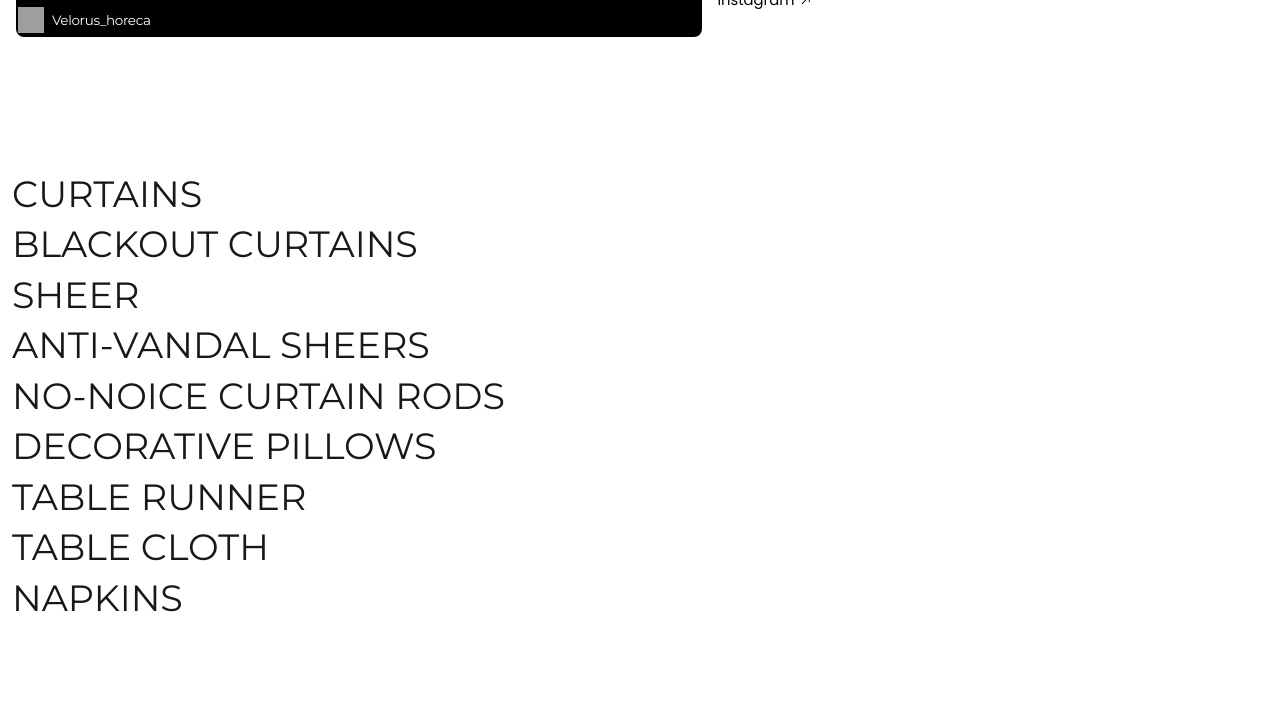
Repository: nikhilsinghrathore1/Shery_02
Page: /
The author's editor kept a copy of each file at every save. The page is drawn from the files as they stood at one save, then again after the next save.
The browser window is 1280 px wide. The pictures show the part of the page from y = 4475 to 5191 px (the page is 9789 px tall).
Pictures or frames that could not be fetched are drawn as grey boxes. The project was rebuilt for these pictures with package versions that can differ from the ones it lists, and the page was loaded fresh each time. Also part of the build but not shown: vite.config.js.

Above is the page before, as saved 2024-07-19 02:37:00.

### src/App.jsx
import { useState } from 'react'
import reactLogo from './assets/react.svg'
import viteLogo from '/vite.svg'
import './App.css'
import Landing from './pages/Landing'

function App() {
  const [count, setCount] = useState(0)

  return (
    <>
      <Landing/>
    </>
  )
}

export default App

### src/App.css
@font-face {
  font-family: font1;
  src: url("../public/6624dc4c3f39ffabcd0dc162_Montserrat-VariableFont_wght.ttf");
}
@font-face {
  font-family: font2;
  src: url("../public/CircularXXWeb-Book\ \(1\).ttf");
}
@font-face {
  font-family: font3;
  src: url("../public/JTUQjIg1_i6t8kCHKm459WxRyS7m0dR9pA.ttf");
}
@font-face {
  font-family: font4;
  src: url("../public/JTUSjIg1_i6t8kCHKm459WlhyyTh89Y.ttf");
}
@font-face {
  font-family: font5;
  src: url("../public/pxiEyp8kv8JHgFVrJJfecnFHGPc.ttf");
}

.f1{
  font-family: font1;
}
.f2{
  font-family: font2;
}
.f3{
  font-family: font3;
}
.f4{
  font-family: font4;
}
.f5{
  font-family: font5;
}

### src/pages/Landing.jsx
import React from 'react'
import MoreInsta from '../components/MoreInsta'
import Nav from '../components/Nav'
import SingleHero from '../components/SingleHero'
import VideoCont from '../components/VideoCont'
import LineText from '../components/LineText';
import IncText from '../components/IncText';
import ThirdSection from '../components/ThirdSection';
import MovingImage from '../components/MovingImage'
import Footer from '../components/Footer'
// document that tell how a software is supposed to perform need of software engneering modularity-dividing it into chunks for testing and developing independently integrating the core changes continously and deploying them into production enviroment design pattern for solving matrix problem in software design various templates are provided software as a product to deliver computing potential accross network of hardware vehical for delivering the product encapsulation , abstraction adaptability software alows different system contraints by making changes in the software for customer satisfaction rapid delivary differenece btw/ program - product program is a set of instruction in order to achieve a specific taskk product - set of programs software products is defined as set of programs with proper documentation and license program is smaller is size because it is one of the stage involved in software development software product folows a lifecycle which involves feasibility studying so it is larger in size program can be created by a single user products are developed by a team of many people progam lacks documentation , product is well documented

let Dtext=[["curtains","blackout curtains", "sheer","anti-vandal sheers" ,"no-noice curtain rods" , "decorative pillows","table runner" , "table cloth","napkins"],["curtains","sheers","tablecloths" , "napkins" ,"wooden blinds" ,"sunshades"]]

const Landing = () => {
  return (
    <div className='w-full overflow-hidden'>
               {/* this is the first image gallery part */}
               <div className='w-full h-[400vh] relative '>
               <Nav/>
               <SingleHero img={"https://cdn.prod.website-files.com/6613fb0aff6a7761bf9a817d/66267f01781250e3c4f8ed19_hero-01-p-1080.webp"} text={"hotel"}/>
               <SingleHero img={"https://cdn.prod.website-files.com/6613fb0aff6a7761bf9a817d/66267f00e43626f944ce0076_hero-02-p-1080.webp"} text={"restaurant"}/>
               <SingleHero img={"https://cdn.prod.website-files.com/6613fb0aff6a7761bf9a817d/66267f011d36d94902bbbcd3_hero-03-p-1080.webp"} text={"catering"}/>
               <SingleHero img={"https://cdn.prod.website-files.com/6613fb0aff6a7761bf9a817d/66267f0015a49ebd0cb05e50_hero-04-p-1080.webp"} text={"+automative"}/>
               </div>

               {/* this is the second text wala part  */}

               <div className='w-full  h-[120vh] sm:h-[99vh] px-4 pt-32 sm:pt-24 leading-[42px]'>
                              {/* this is the variable weight text */}
                              <div className='w-full f4 text-[32px] font-semibold text-black uppercase h-fit'>
                                             <p><span className='pl-44'>full</span> responsibility from project to implementation.</p>
                              </div>

                              <div className='f4 text-[13px] sm:text-[14px] md:text-[14.5px] font-semibold mt-10 leading-none'>
                                             <p>More about us</p>
                                             <p className='mt-3 leading-[16px] sm:leading-[18px] sm:text-[13px] md:text-[14px] md:leading-[20px] font-semibold'>The textile production Velours HoReCa was founded in Lviv in 2005. <span className='opacity-60'>Our activity is focused on professionally outfitting the interiors of hotels, restaurants, cafes, and bars with textile products.</span></p>
                              </div>

                              <div className='w-full flex h-[50vh]  mt-12  '>
                                             <div className='w-1/2 h-full flex justify-end pt-3'>
                                                            <VideoCont/>
                                             </div>
                                             <div className='w-1/2 h-full flex flex-col justify-between pl-3 pb-16 sm:pb-28 md:pb-[120px] f5 font-light'>

                                                            <div className='w-full leading-[17px] md:leading-[18px]  text-[13px] md:text-[13.5px]'>
                                                                           <p>With extensive experience in the Horeca sector - 18 years </p>
                                                                           <p className='opacity-70'>[as of 2024]</p>

                                                                           <div className='border-y-[1px] border-black/20 py-1 mt-3'>
                                                                                          <p>We offer both warranty and post-warranty servicing.</p>
                                                                           </div>
                                                            </div>

                                                            <div className='f4 pl-2'>
                                                                           <MoreInsta/>
                                                            </div>



                                             </div>
                              </div>
               </div>

          <ThirdSection/>

                {/* this is the 3d text area */}
                <div className='w-full pt-8 sm:pt-5 md:pt-0 flex h-[100vh] sm:h-[83vh] md:h-[77vh]'>
               <div className='w-[80%]  uppercase leading-none f1 text-[34px] sm:text-[35.5px] md:text-[36.5px] pl-3 opacity-90 tracking  h-full '>

                              {Dtext[0].map((e,i)=>( <h1 key={i} className='mt-[14px]'>{e}</h1>))}

               </div>
         </div>

            {/* this is the automative section */}
            {/*  this is a very big section literaly gand phat gayi or maybe mujhe neend aarahi thi isliye but almost hogaya*/}
            <div className='w-full h-[200vh] sm:h-[160vh] px-4 '>
              {/* this is the video section */}
                      <div className='w-full h-[34vh] overflow-hidden rounded-lg'>
                            <video autoPlay muted loop className='w-full h-full object-cover' src="https://cdn.prod.website-files.com/6613fb0aff6a7761bf9a817d%2F6649e6d401492fd39ce57892_IMG_1559-transcode.webm"></video>
                      </div>
              {/* this is the main text area */}
                      <div className='w-[80%] f1 uppercase text-[28px] sm:text-[30px] leading-[31px] sm:leading-[33px] mt-5'>
                          <h1>automated textile management</h1>
                      </div>

              {/* this is the paragraph area */}
                      <div>
                          <p className='leading-[16px]  mt-8 text-[12px] sm:text-[13px] sm:leading-[17px] f5'>Creating comfort and efficiency: <span className='opacity-60'>automated control of blinds, curtains, and sheers opens up new possibilities for hotels and restaurants striving to create a unique atmosphere for their guests. </span> This technology allows easy control of lighting and privacy, ensuring comfortable conditions throughout the day.</p>
                          <p className='leading-[16px]  mt-6 text-[12px] sm:text-[13px] sm:leading-[17px] f5'><span className='opacity-60'>Programming for efficiency: automated control allows</span> scheduling the opening and closing of textile products according to sleep schedules. <span className='opacity-60'>This ensures optimal energy usage and saves time and effort for staff, allowing them to focus on providing high-quality service to their guests.</span></p>
                      </div>

                      <div className='w-full h-[63vh] relative'>
                        {/* this is the black bg images of remote kinda thingy could be viberator if you have imagination or need  */}
                          <div className='w-[35%] absolute flex items-center justify-center top-10 right-8 sm:right-6 sm:top-8 h-[45%] bg-black rounded-lg'>
                            <img className='w-[90%] h-[90%] object-contain' src="https://cdn.prod.website-files.com/6613fb0aff6a7761bf9a817d/662b5a9bf1e1110165fff749_pult.webp" alt="not showing" />
                          </div>

                          {/* this is the video cont section  */}
                          <div className='w-[52%] h-[85%] absolute top-[215px] left-0'>
                              <VideoCont/>
                          </div>

                          <div className='absolute -bottom-20 sm:-bottom-4 right-[60px] '>
                          <MoreInsta/>
                          </div>
                      </div>
                          <div className='mt-24  h-[50vh] w-full pt-8 sm:pt-0 '>
                                   <LineText text={"Lighting control through blinds"}/>
                                   <LineText text={"Scheduling the opening/closing of curtains"}/>
                                   <LineText text={"Programmed opening of sheers for privacy"}/>
                                   <LineText text={"Data collection on energy consumption"}/>
                                   <LineText text={"Integration with smart home systems"}/>
                          </div>
            </div>



            <IncText/>

            <ThirdSection/>

            <div className='w-full pt-8 sm:pt-0 flex h-[60vh] sm:h-[48vh]'>
               <div className='w-[80%]  uppercase leading-none f1 text-[34px] sm:text-[35.5px] pl-3 opacity-90 tracking  h-full '>

                              {Dtext[1].map((e,i)=>( <h1 key={i} className='mt-[14px]'>{e}</h1>))}

               </div>
         </div>


           <MovingImage/>

           <Footer/>






    </div>
  )
}

export default Landing

### src/components/MoreInsta.jsx
import React from 'react'
import { GoArrowUpRight } from "react-icons/go";

const MoreInsta = () => {
  return (
    <div className=' leading-[16px] md:leading-[18px] text-[13px] md:text-[14.8px] text-black f5 font-light'>
               <p>More in Ours</p>
               <p className='flex items-center gap-1'>instagram <span><GoArrowUpRight/></span></p>
    </div>
  )
}

export default MoreInsta

### src/components/Nav.jsx
import React from 'react'

const Nav = () => {
  return (
    <div className='w-full h-[100vh]  fixed text-white flex flex-col justify-between z-40 top-0'>
        <div className=' flex items-center justify-center pt-7'>

               <div className='flex  flex-col items-center justify-center sm:leading-[22px] md:leading-[25px] leading-[18px]'>
                              <h1 className='text-[24px] sm:text-[30px] md:text-[33px] f1'>Velorus</h1>
                              <h2 className='text-[10px] sm:text-[14px] md:text-[15px] f1 '>HoReCa</h2>
               </div>
        </div>

        {/* this is the menu bar kinda thingy */}
        <div className='w-full h-[10vh]  px-3  '>

          <div className='w-full h-[65%] bg-black rounded-md flex justify-between px-[2px]'>
            <div className='w-[18%] h-full bg-white flex items-center justify-center overflow-hidden rounded-md'>
              <img className='w-[90%] h-[90%] object-cover' src="https://cdn.prod.website-files.com/6613fb0aff6a7761bf9a817d/6624b9bbba2e8daa37ae2e54_download-img-02.webp" alt="not showing" />
            </div>

            <div className='w-[57%] h-full text-[13px] sm:text-[14px] md:text-[15px] text-white leading-[16px] f2 flex items-center justify-center'>
              <p>Download our Brochour on services in the HoReCa industry</p>
            </div>


            <div className='w-[15%] h-full bg-white flex items-center justify-center overflow-hidden rounded-md'>
              <img className='w-[80%] h-[80%] object-cover' src="https://cdn.prod.website-files.com/6613fb0aff6a7761bf9a817d/6624bdfbd80898e1c3060de1_download-icon.webp" alt="not showing" />
            </div>
          </div>





        </div>

    </div>
  )
}

export default Nav

### src/components/SingleHero.jsx
import React from 'react'

const SingleHero = ({img , text}) => {
  return (
    <div className='w-full h-[100vh] relative'>
               <div className='absolute bg-black/10 flex items-center justify-center w-full h-full top-0'>
                              <h1 className='uppercase text-[44px] md:text-[50px] f4 font-bold tracking-wider text-white'>{text}</h1>
               </div>
               <img className='w-full h-full object-cover' src={img} alt="not showing" />
    </div>
  )
}

export default SingleHero

### src/components/VideoCont.jsx
import React from 'react'

const VideoCont = () => {
  return (
    <div className='w-[98%] h-[80%] sm:h-[73%] sm:w-full bg-black rounded-lg pt-[3px] px-[2px] '>
               <div className='w-full h-[87%]  overflow-hidden rounded-lg'>
                              <video autoPlay muted loop className='w-full h-full object-cover' src="https://s3.amazonaws.com/webflow-prod-assets/6613fb0aff6a7761bf9a817d/663bcfe77765a0f1702b036f_insta-3.mp4"></video>
               </div>
               <div className='w-full text-white text-[12px] sm:text-[13.5px] tracking-tight f1 h-[13%] pt-1 flex items-center pb-[2px] gap-2'>
                              <img className='w-[24px] h-[24px] sm:w-[26px] sm:h-[26px] object-cover' src="https://cdn.prod.website-files.com/6613fb0aff6a7761bf9a817d/663bcbd3012e5e6821be914c_logo-horeca.png" alt="not showing" />
                              <p>Velorus_horeca</p>
               </div>
    </div>
  )
}

export default VideoCont

### src/components/LineText.jsx
import React from 'react'

const LineText = ({text}) => {
  return (
               <div className='p-[7px] border-dashed border-b-[1px] text-[13px] sm:text-[13.8px] f1 border-black/30'>
               <p>{text}</p>
               </div>
  )
}

export default LineText

### src/components/IncText.jsx
import React, { useState } from 'react'

const IncText = () => {
               const [num, setnum] = useState(0)
  return (
    <div className='w-full px-1  pt-28 flex h-[80vh] sm:h-[100vh]'>
               <div className='w-[60%] h-full flex items-center justify-center text-[21rem] font-light f1'>{num}</div>

               <div className=' w-[40%] leading-[18px] f1 pt-28 flex flex-col items-start justify-center '>
                              <p className='text-[16px]' >Warranty service</p>
                              <p className='text-[12.5px]' >from 3 years to 6 years</p>
               </div>

    </div>
  )
}

export default IncText

### src/components/ThirdSection.jsx
import React from 'react'
import MoreInsta from './MoreInsta'
import VideoCont from './VideoCont'
import { GoArrowRight } from "react-icons/go";
import { GoArrowLeft } from "react-icons/go";

const ThirdSection = () => {
  return (
               <div className='w-full h-[160vh] sm:h-[145vh] px-4 pt-12'>
               <div className='  text-[30px] md:text-[32px] tracking-tight w-full leading-[35px] md:leading-[37px] f1  '>
                                             <p className='w-[80%] uppercase opacity-90 tracking-tight'>ideal textile for a cozy hotel ambiance</p>

                                             <div className='w-full flex h-[53vh] mt-8'>
                                                            <div className='w-[30%] flex items-end  gap-2 h-full'>
                                                                                          <div className='w-9 h-9 border-black/50 rounded flex items-center text-xl justify-center border-[1px]'><GoArrowLeft/></div>
                                                                                          <div className='w-9 h-9 border-black/50 rounded flex items-center text-xl justify-center border-[1px]'><GoArrowRight/></div>
                                                            </div>
                                                            <div className='w-[79%] h-full rounded-lg overflow-hidden'>
                                                                           <img className='w-full h-full rounded-lg ' src="https://cdn.prod.website-files.com/6613fb0aff6a7761bf9a817d/662a45b943d2e1892a8fff8e_slider-01-04-p-800.webp" alt="not showing" />
                                                            </div>
                                             </div>

                                             <p className='text-[12.5px] leading-[16px] sm:text-[13px] md:text-[14px] sm:leading-[17px] md:leading-[18px] f5 font- tracking-wide mt-10 opacity-90'>Create an atmosphere of comfort and coziness <span className='opacity-50'> in your hotel with our diverse range of high-quality textiles.</span>Our assortment includes curtains, sheers, decorative pillows, bed runners, and much more to meet all your room décor needs.</p>
                              </div>


                              <div className='w-full flex h-[60vh] sm:h-[55vh]  mt-14'>
                                             <div className='w-[55%] h-full '>
                                                            <VideoCont/>
                                             </div>
                                             <div className='w-[45%] h-full pb-20 sm:pb-[135px] pl-3 sm:pl-[15px] flex items-end '>
                                                            <MoreInsta/>
                                             </div>
                              </div>
               </div>
  )
}

export default ThirdSection

### src/components/MovingImage.jsx
import React from 'react'

const MovingImage = () => {
  return (
               <div className='w-full mt-10 px-3 h-[100vh] sm:h-[80vh] border-b-[1px] border-black/40 relative overflow-hidden '>
               <div className='w-[40%] h-[33%] rounded-lg overflow-hidden absolute z-10  top-0 right-3 bg-black'>
                 <img className='w-full h-full object-cover' src="https://cdn.prod.website-files.com/6613fb0aff6a7761bf9a817d/662d1ba1a5fd67fafdc76bf5_works-12.webp" alt="not showing" />
               </div>
               <h1 className='text-[13px] f1 font-light opacity-90 '>They have chosen us</h1>

               <div className='w-full h-[80vh] mt-7 text-[30px] f1 tracking-tighter uppercase leading-[37px]'>
                 <h1>apartel</h1>
                 <h1 className='opacity-60'>bank hotel</h1>
                 <h1 className='opacity-60'>grand hotel</h1>
                 <h1 className='opacity-60'>glibivka family</h1>
                 <h1 className='opacity-60'>rafael hotel</h1>
                 <h1 className='opacity-60'>panaroma hotel</h1>
                 <h1 className='opacity-60'>lh hotel & spa</h1>
                 <h1 className='opacity-60'>status hotel</h1>
                 <h1 className='opacity-60'>bukovel</h1>
                 <h1 className='opacity-60'>swiss hotel</h1>
                 <h1 className='opacity-60'>eurohotel hotel</h1>
                 <h1 className='opacity-60'>svityaz resort</h1>
                 <h1 className='opacity-60'>kyivska rus</h1>
                 <h1 className='opacity-60'>play karpaty</h1>
               </div>


               </div>
  )
}

export default MovingImage

### src/components/Footer.jsx
import React from 'react'
import { GoArrowUp } from "react-icons/go";

const Footer = () => {
  return (
    <div className='w-full h-[100vh]  '>

                              <div className='h-[85%] w-full relative text-center pt-20 sm:pt-32 leading-none tracking-wide uppercase'>
                                          <h1 className='text-[5.1rem] f1'>Horeca</h1>
                                          <h2 className='tracking-[14px] text-[12px] mt-1 font-bold f1'>velorus</h2>

                              </div>
                              <div className='h-[15%] w-full relative px-4'>
                                <div className='w-full h-1/2 text-[14px] border-b-[1px] border-black/30 font-bold flex justify-between items-center f1 tracking-tighter'>
                                  <p>+8005602458</p>
                                  <p className='flex items-center gap-2'>Back to top <GoArrowUp/></p>
                                </div>
                                <div className='w-full h-1/2 text-[13px] f1 opacity-70 flex justify-between items-center '>
                                    <div>
                                      <p>© 2024</p>
                                    </div>
                                    <div>
                                      <p>By Niko<span className='text-red-900 text-[15px]'>C</span>han</p>
                                    </div>
                                </div>
                              </div>
    </div>
  )
}

export default Footer

### tailwind.config.js
/** @type {import('tailwindcss').Config} */
export default {
  content: [
    "./index.html",
    "./src/**/*.{js,ts,jsx,tsx}",
  ],
  theme: {
    screens: {
      'sm': '390px',
      // => @media (min-width: 640px) { ... }

      'md': '410px',
      // => @media (min-width: 768px) { ... }

      'lg': '1024px',
      // => @media (min-width: 1024px) { ... }

      'xl': '1280px',
      // => @media (min-width: 1280px) { ... }

      '2xl': '1536px',
      // => @media (min-width: 1536px) { ... }
    }
  },
  plugins: [],
}

Loaded but not shown: index.html (common file); src/main.jsx (common file); src/index.css (common file)

After the next save:
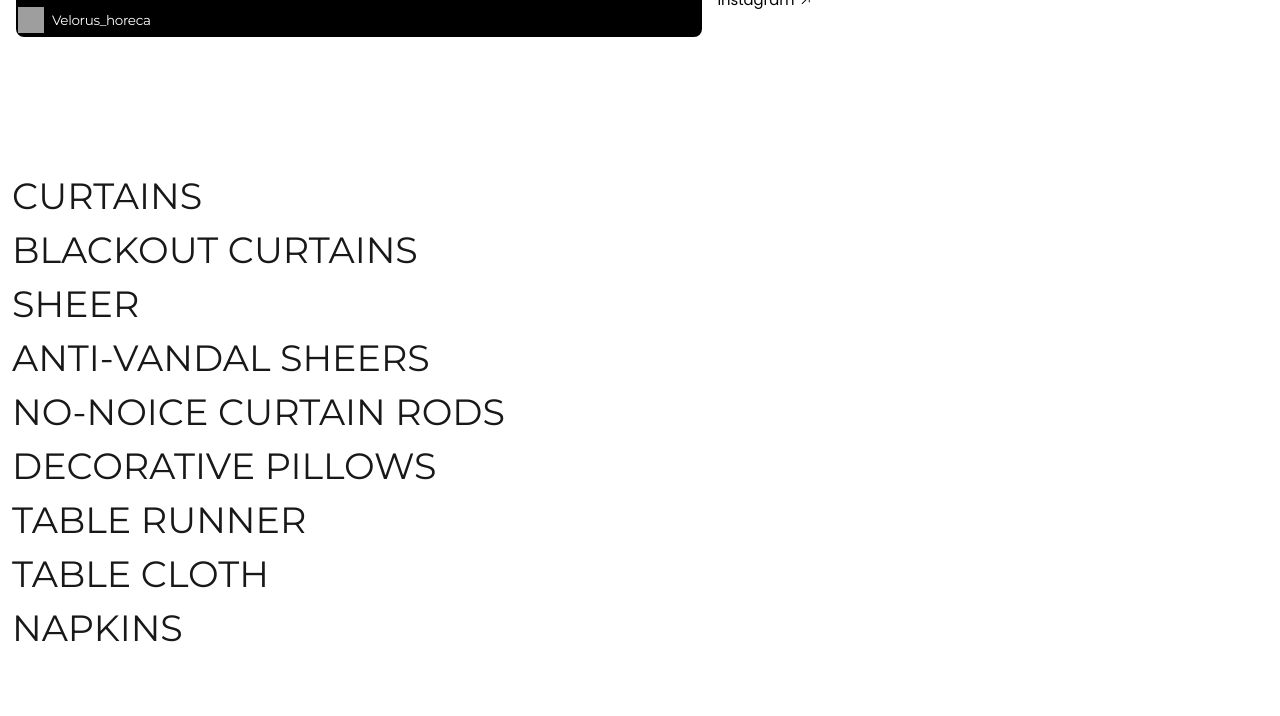
Saved 14 s later.
--- a/src/pages/Landing.jsx
+++ b/src/pages/Landing.jsx
@@ -66,7 +66,7 @@ const Landing = () => {
 
                 {/* this is the 3d text area */}
                 <div className='w-full pt-8 sm:pt-5 md:pt-0 flex h-[100vh] sm:h-[83vh] md:h-[77vh]'>
-               <div className='w-[80%]  uppercase leading-none f1 text-[34px] sm:text-[35.5px] md:text-[36.5px] pl-3 opacity-90 tracking  h-full '>
+               <div className='w-[80%]  uppercase leading-none f1 text-[34px] sm:text-[35.5px] md:text-[36.5px] md:leading-[40px] pl-3 opacity-90 tracking  h-full '>
 
                               {Dtext[0].map((e,i)=>( <h1 key={i} className='mt-[14px]'>{e}</h1>))}
 
